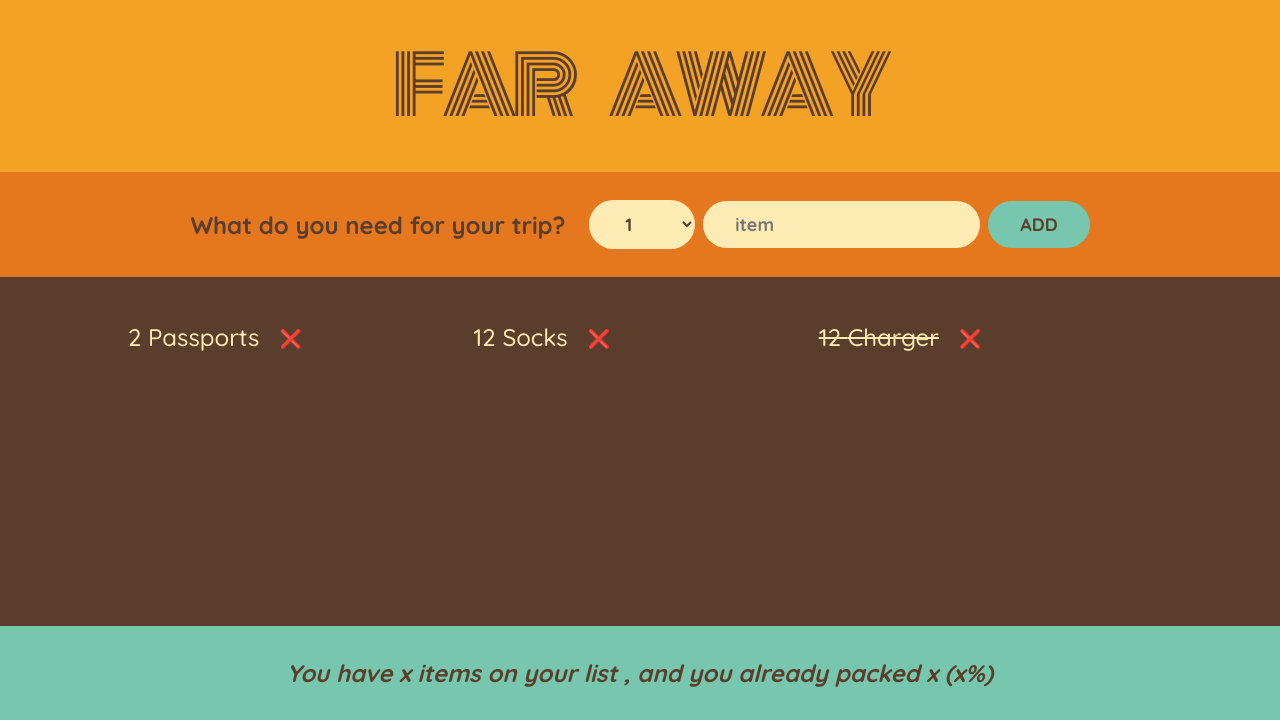
Repository: ahmedharidy/react-checklist
Page: /
These files come from the project's save history. The page is drawn as it stood at one moment and after the next save; the edit follows.
The browser window is 1280 px wide. The pictures show the whole page.
The project was rebuilt for these pictures with package versions that can differ from the ones it lists, and the page was loaded fresh each time.

Above is the page before, as saved 2026-10-03 17:18:33.

### src/index.js
import React from "react";
import ReactDOM from "react-dom/client";
import "./index.css";
import App from "./App";

const root = ReactDOM.createRoot(document.getElementById("root"));
root.render(
  <React.StrictMode>
    <App />
  </React.StrictMode>,
);

// If you want to start measuring performance in your app, pass a function
// to log results (for example: reportWebVitals(console.log))
// or send to an analytics endpoint. Learn more: https://bit.ly/CRA-vitals

### src/App.js
import { useState } from "react";

const initialItems = [
  { id: 1, description: "Passports", quantity: 2, packed: false },
  { id: 2, description: "Socks", quantity: 12, packed: false },
  { id: 3, description: "Charger", quantity: 12, packed: true },
];

export default function App() {
  const [items, setItems] = useState([]);

  return (
    <div className="app">
      <Logo />
      <Form />
      <PackingList items={items} />
      <Stats />
    </div>
  );
}

function Logo() {
  return <h1>Far Away</h1>;
}

function Form() {
  const [description, setDescription] = useState("");
  const [quantity, setquantity] = useState(1);

  function handleAddItems(item) {
    setItems((items) => [...items, item]);
  }

  function handleSubmit(e) {
    e.preventDefault();

    if (!description) return;

    const newItem = { description, quantity, packed: false, id: Date.now() };
    console.log(newItem);

    handleAddItems(newItem);
    setDescription("");
    setquantity("");
  }

  return (
    <form className="add-form" onSubmit={handleSubmit}>
      <h3>What do you need for your trip? </h3>
      <select
        value={quantity}
        onChange={(s) => setquantity(Number(s.target.value))}>
        {Array.from({ length: 20 }, (_, i) => i + 1).map((num) => (
          <option value={num} key={num}>
            {num}
          </option>
        ))}
      </select>
      <input
        type="text"
        placeholder="item"
        value={description}
        onChange={(e) => setDescription(e.target.value)}
      />
      <button>Add</button>
    </form>
  );
}
function PackingList() {
  return (
    <div className="list">
      <ul>
        {initialItems.map((item) => (
          <Item item={item} key={item.id}></Item>
        ))}
      </ul>
    </div>
  );
}

function Item({ item }) {
  return (
    <li>
      <span style={item.packed ? { textDecoration: "line-through" } : {}}>
        {item.quantity} {item.description}
      </span>
      <button>❌</button>
    </li>
  );
}

function Stats() {
  return (
    <footer className="stats">
      <em>You have x items on your list , and you already packed x (x%)</em>
    </footer>
  );
}

Loaded but not shown: public/index.html (common file); src/index.css (common file)

After the next save:
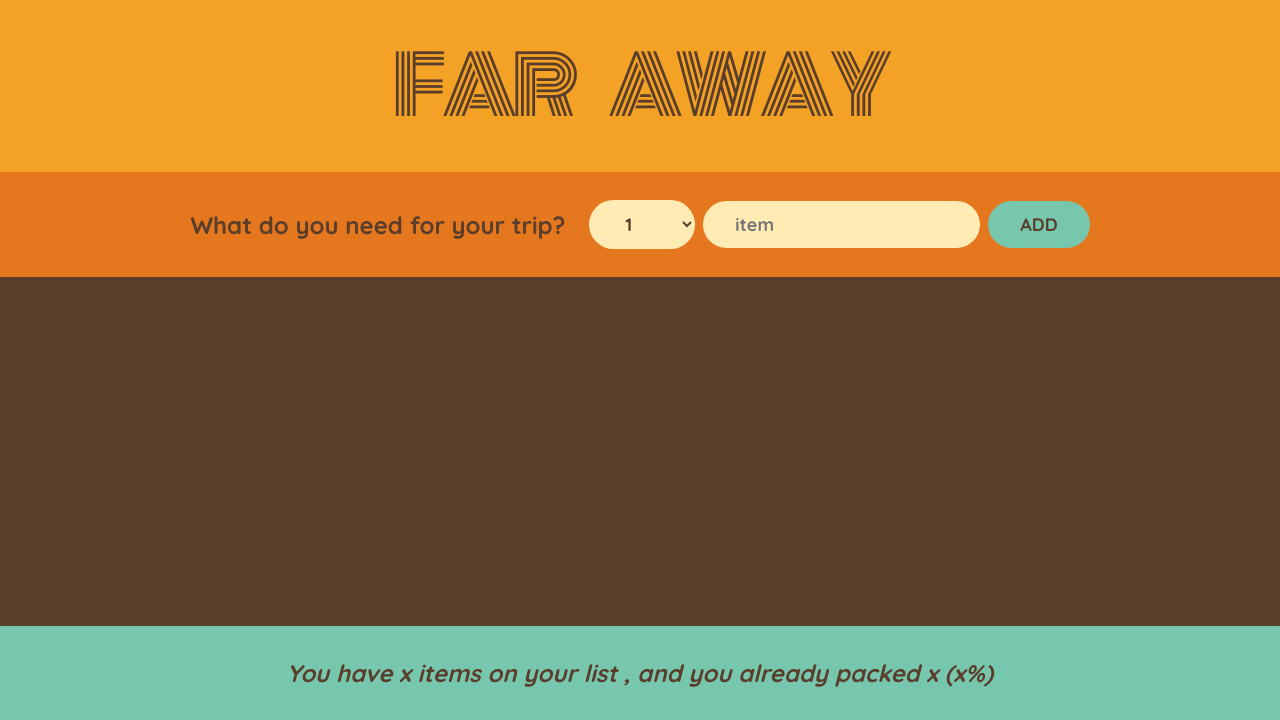
Saved 22 s later.
--- a/src/App.js
+++ b/src/App.js
@@ -66,11 +66,11 @@
     </form>
   );
 }
-function PackingList() {
+function PackingList({ items }) {
   return (
     <div className="list">
       <ul>
-        {initialItems.map((item) => (
+        {items.map((item) => (
           <Item item={item} key={item.id}></Item>
         ))}
       </ul>
